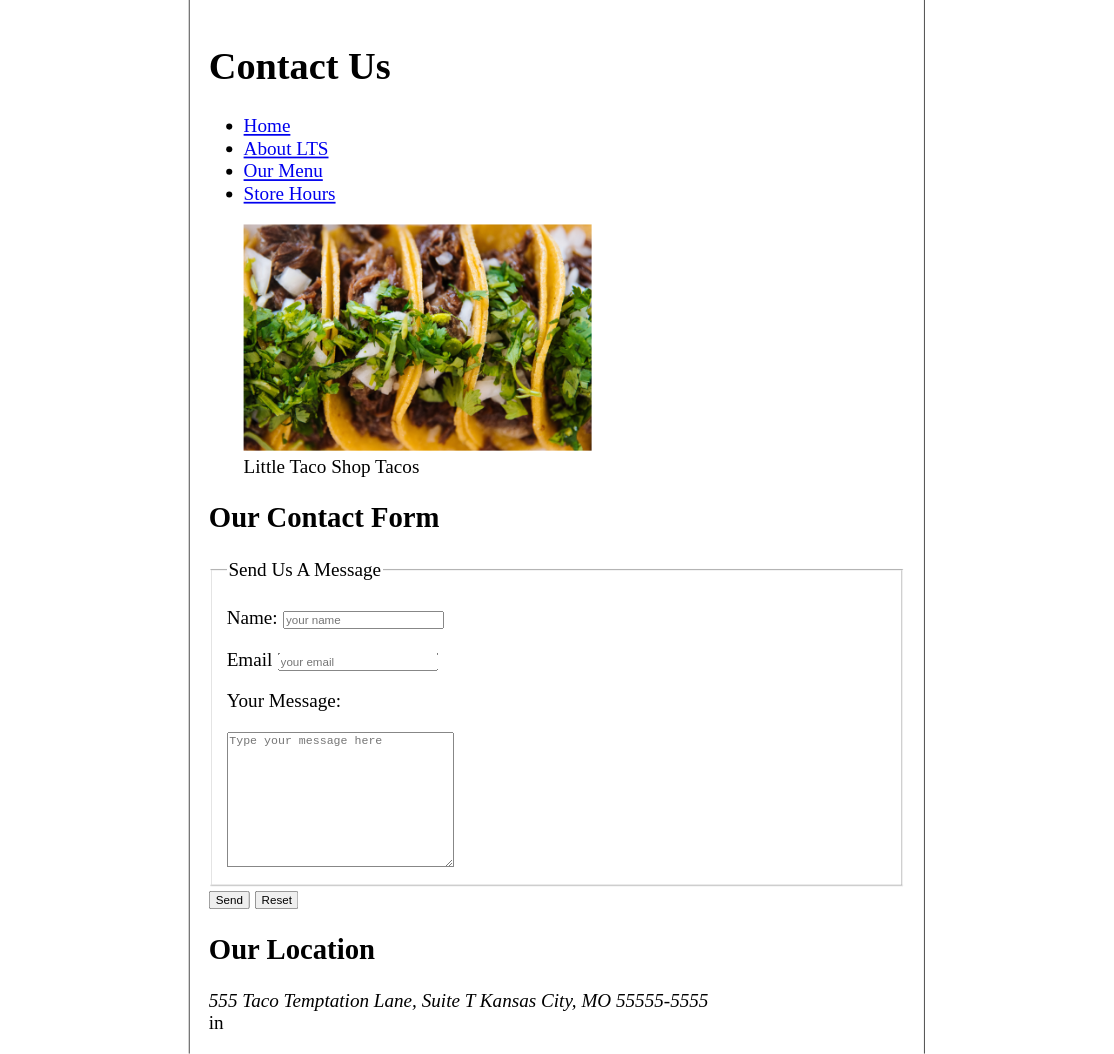
Repository: Israa-Odeh/html-basics-project
Page: contact.html
An editor plug-in stored every save of this project. The page is shown before and after a run of saves, followed by the edit.
The browser window is 1280 px wide. The pictures show the whole page, at 87% of full size.

Above is the page before, as saved 2024-08-20 03:12:56.

After the next 3 saves:
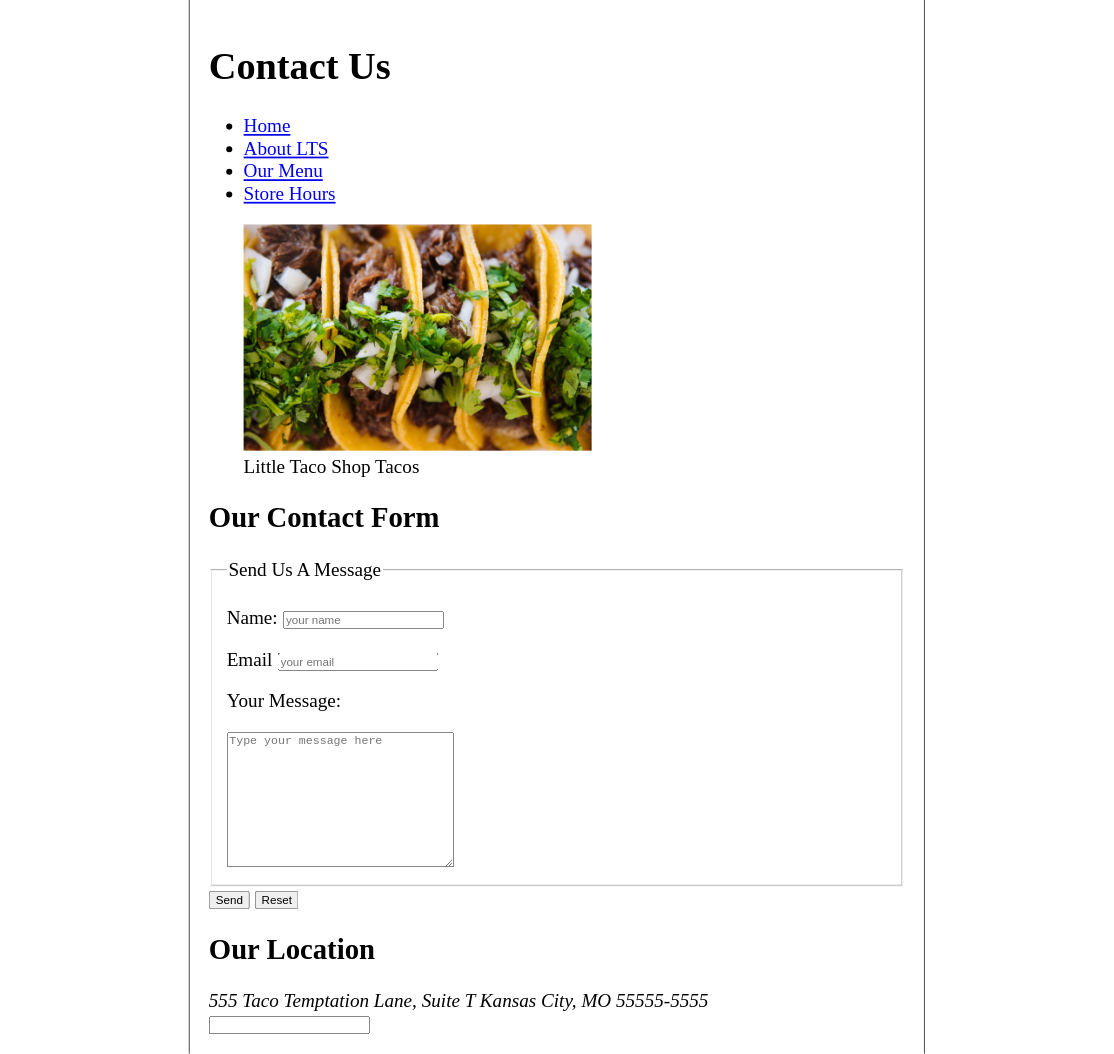
The 3 saves are shown as one change because they came seconds apart.
The last was saved 14 s later.
--- a/contact.html
+++ b/contact.html
@@ -63,7 +63,8 @@
             555 Taco Temptation Lane, Suite T
             Kansas City, MO 55555-5555
         </address>
-        in
+        <label for=""></label>
+        <input type="tel" name="" id="">
 
     </main>
 
